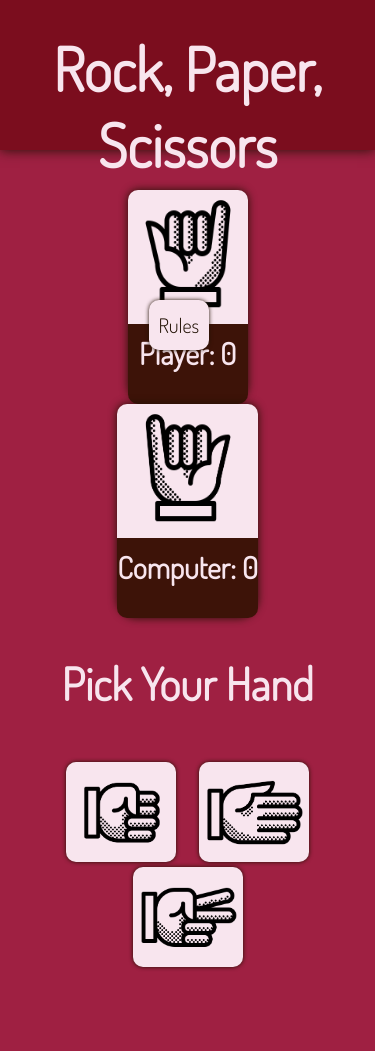
Repository: shayanabedi98/rock-paper-scissors
Page: index.html
These files come from the project's save history. The page is drawn as it stood at one moment and after the next save; the edit follows.
The browser window is 375 px wide. The pictures show the whole page.

Above is the page before, as saved 2023-07-21 13:23:15.

### index.html
<!DOCTYPE html>
<html lang="en">
<head>
    <meta charset="UTF-8">
    <meta name="viewport" content="width=device-width, initial-scale=1.0">
    <title>Rock, Paper, Scissors</title>
    <link rel="preconnect" href="https://fonts.googleapis.com">
    <link rel="preconnect" href="https://fonts.gstatic.com" crossorigin>
    <link href="https://fonts.googleapis.com/css2?family=Dosis:wght@300&display=swap" rel="stylesheet">
    <link rel="stylesheet" href="styles.css">
</head>
<body>
    <div class="dark-div">
    </div>
    <div class="header">
        <h1>Rock, Paper, Scissors</h1>
    </div>
    <div class="rules-btn">
        <button>Rules</button>
    </div>
    <div class="container">
        <div class="card">
            <div class="player">
                <img src="resources/startleft.png" alt="Starting image before game">
                <h3>Player: 0</h3>
            </div>
        </div>
        <div class="card">
            <div class="computer">
                <img src="resources/start.png" alt="Starting image before game">
                <h3>Computer: 0</h3>
            </div>
        </div>
    </div>
    <div class="caption">
        <h2>Pick Your Hand</h2>
    </div>
    <div class="button-container">
        <button class="btn" id="rock"><img src="resources/rockleft.png" alt="rock option"></button>
        <button class="btn" id="paper"><img src="resources/paperleft.png" alt="paper option"></button>
        <button class="btn" id="scissors"><img src="resources/scissorsleft.png" alt="scissors option"></button>
    </div>
    <div class="rules">
        <h1>Rules</h1>
        <p>Rock beats Scissors. <br>Paper beats Rock. <br>Scissors beats Paper. <br>You(Player) vs Computer. <br>Best 3/5 wins. <br>Simple enough?</p>
        <button>Close</button>
    </div>
    <script src="index.js"></script>
</body>
</html>

### styles.css
body {
    font-family:'Dosis', sans-serif;
    margin: 0;
    padding: 0;
    background-color: #9F2042;
    color: #F8E5EE;
}

h1 {
    font-size: 60px;
    margin-top: 0;

}

.dark-div {
    background-color: #211103;
    position: absolute;
    z-index: 1;
    width: 100%;
    height: 100%;
    opacity: 0;
    visibility: hidden;
}

.header {
    text-align: center;
    background-color: #7B0D1E;
    height: 120px;
    padding-top: 30px;
    box-shadow: 0 0 12px 0 #211103;
}

.rules-btn {
    text-align: center;
}

.rules-btn button {
    font-family: 'Dosis', sans-serif;
    font-size: 26px;
    background-color: #F8E5EE;
    color: #211103;
    width: 100px;
    height: 50px;
    cursor: pointer;
    border: 0;
    border-radius: 10px;
    box-shadow: 0 0 4px 0 #211103;
    position: absolute;
    margin-top: 250px;
    transform: translateX(-50px);
    text-align: center;
}

.caption {
    text-align: center;
    font-size: 30px;
}

.container {
    text-align: center;
    display: block;
    margin-top: 40px;
}

.card {
    display: inline-block;
    background-color: #F8E5EE;
    box-shadow: 0 0 8px 0 #211103;
    margin: 0 120px;
    border-radius: 10px 10px 20px 20px;
}

.card img {
    height: 350px;
    width: 345px;
}

.card h3 {
    font-size: 40px;
    color: #F8E5EE;
    background-color: #3D1308;
    margin-bottom: 0;
    height: 70px;
    padding-top: 10px;
    border-radius: 0  0 10px 10px;
}

.button-container {
    text-align: center;
    margin-top: 50px;
    height: 161px;
}

#rock, #paper, #scissors {
    font-family: 'Dosis', sans-serif;
    background-color: #F8E5EE;
    color: #211103;
    width: 110px;
    height: 100px;
    cursor: pointer;
    border: 0;
    border-radius: 10px;
    box-shadow: 0 0 4px 0 #211103;
    margin: 0 10px;
}

#rock img, #paper img, #scissors img {
    height: 100px;
}

#rock:hover, #paper:hover, #scissors:hover {
    box-shadow: 0 0 10px 0 #211103;
}

#rock:active, #paper:active, #scissors:active, #rock img:active, #paper img:active, #scissors img:active {
    box-shadow: none;
    height: 99px;
}

.rules {
    background-color: #F8E5EE;
    color: #211103;
    position: absolute;
    box-shadow: 0 0 10px 0 #211103;
    border-radius: 10px;
    text-align: center;
    margin-left: 40%;
    transform: translateY(-700px);
    width: 20%;
    z-index: 2;
    height: 450px;
    opacity: 0;
    visibility: hidden;
}

.rules p {
    font-size: 30px;
}

.rules button {
    font-family: 'Dosis', sans-serif;
    font-size: 26px;
    font-weight: 600;
    background-color: #F8E5EE;
    width: 80px;
    border: 0;
    text-decoration: overline;
    cursor: pointer;
}

.winner {
    text-align: center;
    margin-top: 350px;
}

.winner button {
    font-family: 'Dosis', sans-serif;
    font-size: 40px;
    font-family: 'Dosis', sans-serif;
    background-color: #F8E5EE;
    color: #211103;
    width: 200px;
    height: 100px;
    cursor: pointer;
    border: 0;
    border-radius: 10px;
    box-shadow: 0 0 4px 0 #211103;
}

@media (max-width: 1200px) {

    .rules-btn button {
        margin-top: 150px;
    }

    .card img {
        height: 210px;
        width: 200px;
    }
    .card h3 {
        margin-top: 0;
        font-size: 30px;
    }
}

@media (max-width: 900px) {

    .card {
        margin: 0 70px;
    }

    .card img {
        height: 190px;
        width: 180px;
    }
}

@media (max-width: 680px) {
    .rules-btn button {
        width: 60px;
        font-size: 20px;
        margin-left: 3%;
    }

    .card {
        margin: 0 50px;
    }
}

@media (max-width: 565px) {

    .card {
        margin: 0 40px;
    }

    .card img {
        height: 130px;
        width: 120px;
    }
}

### index.js
var scoreP = 0;
var scoreC = 0;
var winner = document.querySelector('.winner');
var caption = document.querySelector('.caption h2');
var rock = document.querySelector('#rock');
var paper = document.querySelector('#paper');
var scissors = document.querySelector('#scissors');
var computer = document.querySelector('.computer img');
var player = document.querySelector('.player img');
var btn = document.querySelectorAll('.btn');
var playerPick;
var computerPick;
var rules = document.querySelector('.rules');
var rulesClose = document.querySelector('.rules button');
var rulesButton = document.querySelector('.rules-btn button');
var darkDiv = document.querySelector('.dark-div');

//animations for the rules card
rulesButton.addEventListener('click', function() {
    rules.style.opacity = '100';
    rules.style.transition = "0.5s"
    rules.style.visibility = 'visible';
    darkDiv.style.opacity = '0.5';
    darkDiv.style.transition = "0.5s"
    darkDiv.style.visibility = 'visible';
});

rulesClose.addEventListener('click', function() {
    rules.style.visibility = 'hidden';
    rules.style.opacity = '0';
    rules.style.transition = "0.5s";
    darkDiv.style.visibility = 'hidden';
    darkDiv.style.opacity = '0';
    darkDiv.style.transition = "0.5s";
});

//game mechanics
function rng() {
    return Math.floor(Math.random() * 3) + 1;
};

rock.addEventListener('click', function() {
    player.src = 'resources/rockleft.png';
    playerPick = 'rock';
});
paper.addEventListener('click', function() {
    player.src = 'resources/paperleft.png';
    playerPick = 'paper';
});
scissors.addEventListener('click', function() {
    player.src = 'resources/scissorsleft.png';
    playerPick = 'scissors';
});

for (let i = 0; i < btn.length; i ++){
    btn[i].addEventListener('click', function() {
        rng();
        if (rng() === 1) {
            computer.src = 'resources/rock.png';
            computerPick = 'rock';
        } else if (rng() === 2) {
            computer.src = 'resources/paper.png';
            computerPick = 'paper';
        } else if (rng() === 3) {
            computer.src = 'resources/scissors.png';
            computerPick = 'scissors';
        }

        if (playerPick === computerPick) {
            caption.innerHTML = 'Tie!';
        }

        else if ((playerPick === 'rock' && computerPick === 'paper') || (playerPick === 'scissors' && computerPick === 'rock') || (playerPick === 'paper' && computerPick === 'scissors')) {
            caption.innerHTML = 'Point for Computer!';
            scoreC ++;
        }

        else if ((playerPick === 'rock' && computerPick === 'scissors') || (playerPick === 'scissors' && computerPick === 'paper') || (playerPick === 'paper' && computerPick === 'rock')) {
            caption.innerHTML = 'Point for Player!';
            scoreP ++;
        }

        document.querySelector('.player h3').innerHTML = 'Player: ' + scoreP;
        document.querySelector('.computer h3').innerHTML = 'Computer: ' + scoreC;

        if (scoreC === 3) {
            window.location.replace('./loser.html');
        } else if (scoreP === 3) {
            window.location.replace('./winner.html');

        }
    });
};

function playAgain() {
    window.location.replace('./index.html');
};

After the next save:
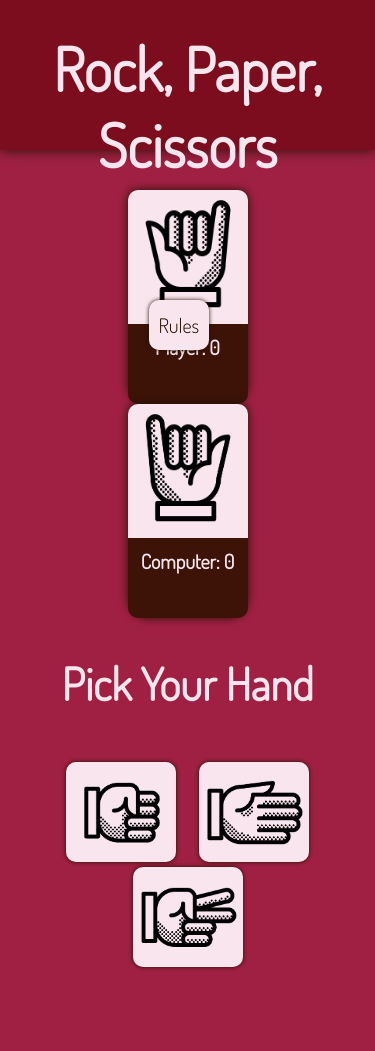
Saved 14 s later.
--- a/styles.css
+++ b/styles.css
@@ -217,4 +217,6 @@ h1 {
         height: 130px;
         width: 120px;
     }
-}
+    .card h3 {
+        font-size: 20px;
+    }
